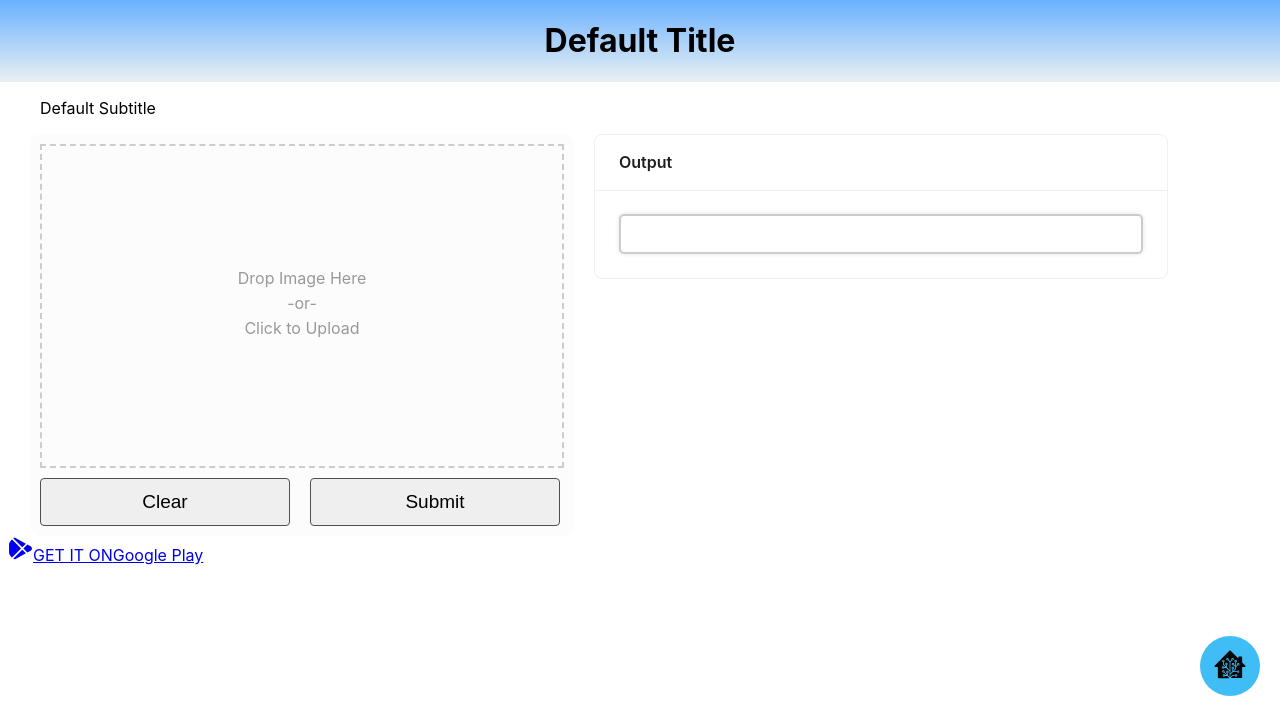
Repository: xshamrose/RAYi-AI
Page: /BreastCancerDetector-app (app in client/)
The author's editor kept a copy of each file at every save. The page is drawn from the files as they stood at one save, then again after the next save.
The browser window is 1280 px wide. The pictures show the whole page.
The project was rebuilt for these pictures with package versions that can differ from the ones it lists, and the page was loaded fresh each time. Also part of the build but not shown: client/src/pages/home.css, client/src/pages/Home.js, client/src/pages/Chatbox.js.

Above is the page before, as saved 2024-03-12 12:20:34.

### client/src/App.js
import React from 'react';
import { BrowserRouter as Router, Route, Routes} from 'react-router-dom';
import Home from './pages/Home';
import Candetect from './pages/Candetect';
import Chatbox from "./pages/Chatbox"

function App() {
 return (

      <Router>
        <Routes>
          <Route path="/" element={<Home />} />
          <Route path="/BreastCancerDetector-app" element={<Candetect />} />
          <Route path="/Pipe" element={<Candetect />} />
          <Route path="/facedetecter" element={<Candetect />} />
          <Route path="/chatbox" element={<Chatbox />} />
          </Routes>

      </Router>

 );
}

export default App;

### client/src/pages/Candetect.js
import React, { useState } from "react";
import "../pages/Candetect.css";
import { Card } from "antd";
import deleteicon from "../assets/delete-.svg";
import ai from "../assets/ai_img.svg";
import axios from "axios";
import Header from "./Header";
import { useNavigate, useLocation } from "react-router-dom";

function Candetect() {
 const [imageFile, setImageFile] = useState(null);
 const [errorMessage, setErrorMessage] = useState("");
 const [loading, setLoading] = useState(false);
 const [responseData, setResponseData] = useState("");
 const navigate = useNavigate();

 const location = useLocation();
 const { title, subtitle } = location.state || { title: 'Default Title', subtitle: 'Default Subtitle' };

 const handleFileInputChange = (event) => {
    const file = event.target.files[0];
    if (file) {
      setImageFile(file);
    }
 };

 const handleClearImage = () => {
    setImageFile(null);
    const fileInput = document.getElementById("file-input");
    if (fileInput) {
      fileInput.value = "";
    }
    setErrorMessage("");
    setResponseData("");
 };

 const handleDeleteImage = () => {
    setImageFile(null);
    const fileInput = document.getElementById("file-input");
    if (fileInput) {
      fileInput.value = "";
    }
    setResponseData("");
 };

 const handleSubmit = () => {
  if (!imageFile) {
     setErrorMessage("Please upload an Image");
     console.log("Please upload an Image");
  } else {
     setLoading(true);
     let apiUrl = "";
     let data = {};
     if (title === "Breast Cancer Detector") {
       apiUrl = "http://ct.rayi.in:5002/predicttest";
       // For Breast Cancer Detector, continue using FormData
       const formData = new FormData();
       formData.append("image", imageFile);
       data = formData;
     } else if (title === "Face Detector") {
       apiUrl = "http://ct.rayi.in:5000/recognize";
       // For Face Detector, convert image to base64
       const reader = new FileReader();
       reader.onloadend = () => {
         const base64String = reader.result.replace("data:", "").replace(/^.+,/, "");
         data = {
           image_base64: base64String,
         };


         axios
           .post(apiUrl, data, {
             headers: {
               "Content-Type": "application/json",
             },
           })
           .then((response) => {
             setLoading(false);
             if (response.data.detected_user === "No faces detected") {
              setResponseData("No faces detected");
            } else {

              setResponseData(
                {
                  image: URL.createObjectURL(imageFile),
                  detected_user:response.data.detected_user,
                  employee_id:response.data.emp_id,
                  role: "Software Developer"
                })

            }
           })
           .catch((error) => {
             setLoading(false);
             setErrorMessage("Failed to submit. Please try again.");
             console.error(error);
           });
       };
       reader.readAsDataURL(imageFile);
       return;
     } else if (title === "Pipe Counting") {
      apiUrl = "http://ct.rayi.in:5001/detect";
      const reader = new FileReader();
      reader.onloadend = () => {
        const base64String = reader.result.replace("data:", "").replace(/^.+,/, "");
        data = {
          base64_image: base64String,
        };

        axios
          .post(apiUrl, data, {
            headers: {
              "Content-Type": "application/json",
            },
          })
          .then((response) => {
            setLoading(false);

            const base64Image = response.data.base64_image_result; // Adjust this key based on your actual response structure
 const totalCount = response.data.total_count; // Adjust this key based on your actual response structure
console.log(base64Image);
console.log(totalCount)
 // Set the response data in a new format
 setResponseData({
    base64Image: base64Image,
    totalCount: totalCount,
 });
          })
          .catch((error) => {
            setLoading(false);
            setErrorMessage("Failed to submit. Please try again.");
            console.error(error);
          });
      };
      reader.readAsDataURL(imageFile);
      return; // Prevent the rest of the function from executing
    }


     axios
       .post(apiUrl, data, {
         headers: {
           "Content-Type": "multipart/form-data",
         },
       })
       .then((response) => {
         setLoading(false);
         setResponseData(response.data);
       })
       .catch((error) => {
         setLoading(false);
         setErrorMessage("Failed to submit. Please try again.");
         console.error(error);
       });
  }
 };

 const handleAipage = () => {
    navigate("/chatbox");
 };

 return (
    <>
      <div>
        <Header title={title} subtitle={subtitle} />

        <div className="overallContainer">
          <div className="dragandbutton">
            <div className="image-upload-box">
              <input
                type="file"
                accept="image/*"
                id="file-input"
                className="file-input"
                onChange={handleFileInputChange}
              />
              {imageFile ? null : (
                <div>
                 <label htmlFor="file-input" className="upload-label">
                    <span>Drop Image Here</span> <span>-or-</span>{" "}
                    <span>Click to Upload</span>{" "}
                 </label>{" "}
                 {errorMessage && (
                    <div className="error-message">{errorMessage}</div>
                 )}{" "}
                </div>
              )}

              {imageFile && (
                <div className="image-preview">
                 <img
                    src={URL.createObjectURL(imageFile)}
                    alt="Uploaded"
                    className="full-size-image"
                 ></img>

                 <div className="image-actions">
                    <img
                      src={deleteicon}
                      alt="Delete"
                      className="icon"
                      onClick={handleDeleteImage}
                    />
                 </div>
                </div>
              )}
            </div>

            <div className="button-container">
              <button className="sbutton" onClick={handleClearImage}>
                Clear
              </button>
              <button className="sbutton" onClick={handleSubmit}>
                Submit
              </button>
            </div>
          </div>
          <div>
            <Card title="Output" hoverable>
              <div className="text-area">
              {loading ? (
 <div className="loader-all">
    <div className="loader"></div>
    <p>loading...</p>
 </div>
) : (
 <div>
    {typeof responseData === 'string' ? (
      <pre>{responseData}</pre>
    ) : (
      // Check if the responseData has the keys we expect for the "Pipe Counting" case
      responseData.base64Image && responseData.totalCount ? (
        <>
          <div className="pipe-counting-result">
            <img src={`data:[embedded picture, 51 characters] alt="Processed" className="uploadimage"/>
            <p>Total Count: {responseData.totalCount}</p>
          </div>
        </>
      ) : (
        // Fallback to the previous display logic if the keys are not present
        <>
          <div className="idcard">
            <div className="idcard-border-top"></div>
            <div className="img">
              <img src={responseData.image} alt="Uploaded" className="uploadimage"/>
            </div>
            <span>Username: {(responseData.detected_user)}</span>
            <p className="job"> Role: {responseData.role}</p>
            <p className="job">Employee_Id: {responseData.employee_id}</p>
          </div>
        </>
      )
    )}
 </div>
)}
              </div>
            </Card>
          </div>
        </div>
        <a class="playstore-button" href="#">
  <svg xmlns="http://www.w3.org/2000/svg" fill="currentColor" class="icon" viewBox="0 0 512 512">
    <path d="M99.617 8.057a50.191 50.191 0 00-38.815-6.713l230.932 230.933 74.846-74.846L99.617 8.057zM32.139 20.116c-6.441 8.563-10.148 19.077-10.148 30.199v411.358c0 11.123 3.708 21.636 10.148 30.199l235.877-235.877L32.139 20.116zM464.261 212.087l-67.266-37.637-81.544 81.544 81.548 81.548 67.273-37.64c16.117-9.03 25.738-25.442 25.738-43.908s-9.621-34.877-25.749-43.907zM291.733 279.711L60.815 510.629c3.786.891 7.639 1.371 11.492 1.371a50.275 50.275 0 0027.31-8.07l266.965-149.372-74.849-74.847z"></path>
  </svg>
  <span class="texts">
    <span class="text-1">GET IT ON</span>
    <span class="text-2">Google Play</span>
  </span>
</a>
        <div className="ask-me-icon">
          <div className="tooltip-container">
            <span className="tooltip">Ask AI</span>
            <span className="text" onClick={handleAipage}><img alt="Ai" src={ai} style={{height:"60px"}} /></span>
          </div>
        </div>
      </div>
    </>
 );
}

export default Candetect;

### client/src/pages/Candetect.css
/* Candetect.css */

.image-upload-box {
    position: relative;
    display: flex;
    flex-direction: column;
    align-items: center;
    justify-content: center;
    border: 2px dashed #ccc;
    padding: 10px;
    cursor: pointer;
    width: 500px; /* Adjust the width of the box as needed */
    height: 300px; /* Adjust the height of the box as needed */
  }

  .file-input {
    display: none;
  }

  .upload-label {
    display: flex;
    flex-direction: column;
    justify-content: center;
    align-items: center;
    color: #999;
    cursor: pointer;
  }

  .upload-label span {
    margin-bottom: 5px;
  }

  .image-preview {
    position: relative;
    width: 100%;
    height: 100%;
    overflow: hidden;
    object-fit: cover;
    display: flex;
    flex-direction: row;
    flex-wrap: nowrap;
    align-content: center;
    justify-content: center;
  }

.full-size-image{
  height: auto;
  width: 450px;
}

  .image-actions {
    padding: 5px;
  }


  .sbutton {
    display: inline-block;
    padding: 12px 24px;
    border: 1px solid #4f4f4f;
    border-radius: 4px;
    transition: all 0.2s ease-in;
    position: relative;
    overflow: hidden;
    font-size: 19px;
    cursor: pointer;
    color: black;
    z-index: 1;
    width: 250px;
  }

  .sbutton:before {
    content: "";
    position: absolute;
    left: 50%;
    transform: translateX(-50%) scaleY(1) scaleX(1.25);
    top: 100%;
    width: 140%;
    height: 180%;
    background-color: rgba(0, 0, 0, 0.05);
    border-radius: 50%;
    display: block;
    transition: all 0.5s 0.1s cubic-bezier(0.55, 0, 0.1, 1);
    z-index: -1;
  }

  .sbutton:after {
    content: "";
    position: absolute;
    left: 55%;
    transform: translateX(-50%) scaleY(1) scaleX(1.45);
    top: 180%;
    width: 160%;
    height: 190%;
    background-color: #000000;
    border-radius: 50%;
    display: block;
    transition: all 0.5s 0.1s cubic-bezier(0.55, 0, 0.1, 1);
    z-index: -1;
  }

  .sbutton:hover {
    color: #ffffff;
    border: 1px solid #101111;
  }

  .sbutton:hover:before {
    top: -35%;
    background-color: #101111;
    transform: translateX(-50%) scaleY(1.3) scaleX(0.8);
  }

  .sbutton:hover:after {
    top: -45%;
    background-color: #151616;
    transform: translateX(-50%) scaleY(1.3) scaleX(0.8);
  }
  .button-container{
    gap: 20px;
    display: flex;
    align-items: center;
  }

  .dragandbutton{
    display: flex;
    flex-direction: column;
    gap: 10px;
    background-color: #c1b9b90d;
    border-radius: 10px;
    padding: 10px;
  }

  .text-area {
    display: flex;
    align-items: center;
    justify-content: center;
    width: 500px;
    height: auto;
    padding: 10px;
    border: 2px solid #ccc;
    border-radius: 5px;
    font-size: 16px;
    outline: none;
    box-shadow: 0 0 5px rgba(0, 0, 0, 0.1);
  }

  .text-area:focus {
    border-color: #007bff;
  }
  .overallContainer{
    display: flex;
    flex-direction: row;
    gap: 20px;
    flex-wrap: wrap;
    margin-left: 30px;
  }
  .error-message{
    color: red;
    font-size: medium;
  }
  .icon {
    width: 25px;
    height: 25px;
    margin-left: 8px;
    border-radius: 50%;

  }
  .icon:hover{
    transform: scale(1.1);
    color: #000000;
  }

  .compass{
    height: 30px;
    width: 30px;
  }
  .loader {
    border: 4px solid rgba(0, 0, 0, 0.776);
    border-left-color: transparent;
    border-radius: 50%;
  }

  .loader {
    border: 4px solid rgba(0, 0, 0, 0.655);
    border-left-color: transparent;
    width: 25px;
    height: 25px;
  }

  .loader {
    border: 4px solid rgba(0, 0, 0, 0.705);
    border-left-color: transparent;
    width: 25px;
    height: 25px;
    animation: spin89345 1s linear infinite;
  }

  @keyframes spin89345 {
    0% {
      transform: rotate(0deg);
    }

    100% {
      transform: rotate(360deg);
    }
  }
  .loader-all{
    display: flex;
    flex-direction: row;
    gap: 10px;
    justify-content: flex-start;
    align-items: center;
  }
  .ask-me-icon {
    position: fixed;
    bottom: 20px;
    right: 20px;
    cursor: pointer;
    z-index: 1000; }
    .tooltip-container {
      --background: linear-gradient(45deg, #22d3ee, #1f9df5); /* Default background */
      position: relative;
      background: var(--background);
      cursor: pointer;
      transition: all 0.2s;
      font-size: 12px;
      padding: 0.7em 1.8em;
      border-radius: 8px;
      box-shadow: 0 4px 6px rgba(0, 0, 0, 0.1);
      color: #fff;
      display: contents;
     }

    .tooltip {
      position: absolute;
      top: 100%;
      left: 50%;
      transform: translateX(-50%) scale(0.8);
      transform-origin: bottom;
      padding: 0.3em 0.6em;
      opacity: 0;
      pointer-events: none;
      transition: all 0.3s;
      background: var(--background);
      border-radius: 4px;
      box-shadow: 0 2px 4px rgba(0, 0, 0, 0.1);
      white-space: nowrap; /* Prevent text from wrapping to a new line */
      width: auto;
    }

    .tooltip::before {
      position: absolute;
      content: "";
      height: 0.6em;
      width: 0.6em;
      bottom: -0.2em;
      left: 50%;
      transform: translate(-50%) rotate(45deg);
      background: var(--background);
    }

    .tooltip-container:hover .tooltip {
      top: -45px;
      opacity: 1;
      visibility: visible;
      pointer-events: auto;
      transform: translateX(-50%) scale(1);
      font-size: medium;
      width: auto;
    }
    .tooltip-container:hover {
      transform: scale(0.9);
    }
    .uploadimage{
      display: flex;
      height: 70px;
      width: 70px;

    }
    .idcard {
      width: 200px;
      height: 300px;
      background: #61c1f0;
      background-image: linear-gradient(#69b1ff,rgba(255, 255, 255, 0.645));
      border-radius: 15px;
      box-shadow: 1px 5px 60px 0px #100a886b;
     }

     .idcard .idcard-border-top {
      width: 60%;
      height: 3%;
      background: #016089;
      margin: auto;
      border-radius: 0px 0px 15px 15px;
     }

     .idcard span {
      font-weight: 600;
      color: rgb(0, 0, 0);
      text-align: center;
      display: block;
      padding-top: 10px;
      font-size: 16px;
     }

     .idcard .job {
      font-weight: 400;
      color: rgb(0, 0, 0);
      display: block;
      text-align: center;
      padding-top: 3px;
      font-size: 12px;
     }

     .idcard .img {
      width: 70px;
      height: 80px;
      border-radius: 15px;
      margin: auto;
      margin-top: 25px;
     }
     .idcard:hover {
      box-shadow: 0 8px 50px #23232333;
     }

### client/src/pages/Header.js
// Header.js
import React from "react";

const Header = ({ title, subtitle }) => {
 return (
    <>
      <div
        style={{
          display: "flex",
          flexDirection: "column",
          justifyContent: "center",
          alignContent: "center",
          flexWrap: "nowrap",
          alignItems: "center",
          backgroundImage: "linear-gradient(#69b1ff, #e9f0f2)",
          width: "100%",
        }}
      >
        <h1>{title}</h1>
      </div>
      <div>
        <p style={{ marginLeft: "40px" }}>
          {subtitle}
        </p>
      </div>
    </>
 );
};

export default Header;

### client/src/pages/Chatbox.css
.overall{
    display: flex;
    justify-content: center;
}

.chat-container {
    width: 98%;
    height: 90vh;
    border: 1px solid #ccc;
    border-radius: 10px;
    padding: 20px;
    box-shadow: 0 4px 6px rgba(0, 0, 0, 0.1);
    overflow: auto;
    display: flex;
    flex-direction: column;
    justify-content: space-between;
   }

   .dark-mode {
    background-color: #494848;
    color: #fff;
   }
   .message {
    margin-bottom: 10px;
    padding: 10px;
    border-radius: 10px;
    max-width: 70%;
    word-wrap: break-word;
   }

   .message.user {
    background-color: #888484cb;
    align-self: flex-end;
    color: #000;
   }
   .loading {
    color: #888;
    display: flex;
    justify-content: flex-start;
    margin-top: 10px;
    margin-bottom: 10px;
   }

   .message.assistant {
    background-color: #545556;
    color: #fff;
    align-self: flex-start;
   }



   .input-container {
    display: flex;
    justify-content: center;
    align-items: center;
    margin-top: 20px;
   }

   input {
    flex-grow: 1;
    margin-right: 10px;
    padding: 5px;
    border: 1px solid #ccc;
    border-radius: 5px;
    height: 30px;
   }
   .input:focus, .input:focus-visible {
    border-color: #720098;

  }
   button {
    padding: 5px 10px;
    border: none;
    border-radius: 5px;
    cursor: pointer;
   }

   button:hover {
    background-color: #ccc;
   }
   .dark-mode-button {
    background-color: #333;
    color: #fff;
    border: none;
    border-radius: 5px;
    padding: 5px 10px;
    cursor: pointer;
   }

   .dark-mode-button:hover {
    background-color: #444;
   }
 /* The switch - the box around the slider */
.switch-container {
    position: relative;
    display: inline-block;
    width: 3.5em;
    height: 2em;
  }


  .switch-container input {
    opacity: 0;
    width: 0;
    height: 0;
  }


  .switch-container .slider {
    --background: linear-gradient(to right, #090613ef, #18151f);
    position: absolute;
    cursor: pointer;
    top: 0;
    left: 0;
    right: 0;
    bottom: 0;
    background: var(--background);
    transition: background-color 0.5s;
    border-radius: 30px;
  }

  .switch-container .slider:before {
    position: absolute;
    content: "";
    height: 1.4em;
    width: 1.4em;
    border-radius: 50%;
    left: 10%;
    bottom: 15%;
    box-shadow: inset 15px -4px 0px 15px #f8ea27;
    background: var(--background);
    transition: transform 0.5s, box-shadow 0.5s;
  }

  .switch-container input:checked + .slider {
    background-color: #000;
  }

  .switch-container input:checked + .slider:before {
    transform: translateX(100%);
    box-shadow: inset 8px -4px 0px 0px #f8f8f4;
  }
.header{
    display: flex;
    flex-wrap: wrap;
    flex-direction: row;
    align-content: center;
    align-items: center;
    justify-content: space-between;
}
/* Existing styles remain unchanged */

/* Styles for the input wrapper and send button */
.input-wrapper {
    position: relative;
    display: flex;
    align-items: center;
    width: 90%;
   }

   .input-wrapper input {
    flex-grow: 1;
    padding: 10px;

    border-radius: 5px;
   }

   .send-button {
    position: absolute;
    right: 10px;
    top: 0;
    bottom: 0;
    padding: 10px;
    border: none;
    border-radius: 0 5px 5px 0;
    background-color: transparent;
    cursor: pointer;
    background-color: #000000d7
   }

   .send-button:hover {
    background-color: #f5f2f2d7;
    color: white;
   }


   @keyframes slideIn {
    from {
       transform: translateX(100%);
       opacity: 0;
    }
    to {
       transform: translateX(0);
       opacity: 1;
    }
   }

   .message {
    animation: slideIn 0.5s ease-out;
   }
   .assistant-word {
    opacity: 0;
    animation: fadeIn 0.5s ease-out forwards;
   }

   @keyframes fadeIn {
    from {
       opacity: 0;
    }
    to {
       opacity: 1;
    }
   }
   @keyframes typing {
    from { width: 0; }
    to { width: 100%; }
   }

   .typing-animation {
    animation: typing 2s steps(40, end);
    white-space: nowrap;
    overflow: hidden;
    border-right: .15em solid orange; /* The typewriter cursor */
    margin: 0 auto; /* Centering the container */
    width: 12em; /* Width of the container */
   }

Loaded but not shown: client/public/index.html (common file); client/src/index.js (common file); client/src/index.css (common file); client/src/reportWebVitals.js (common file)

After the next save:
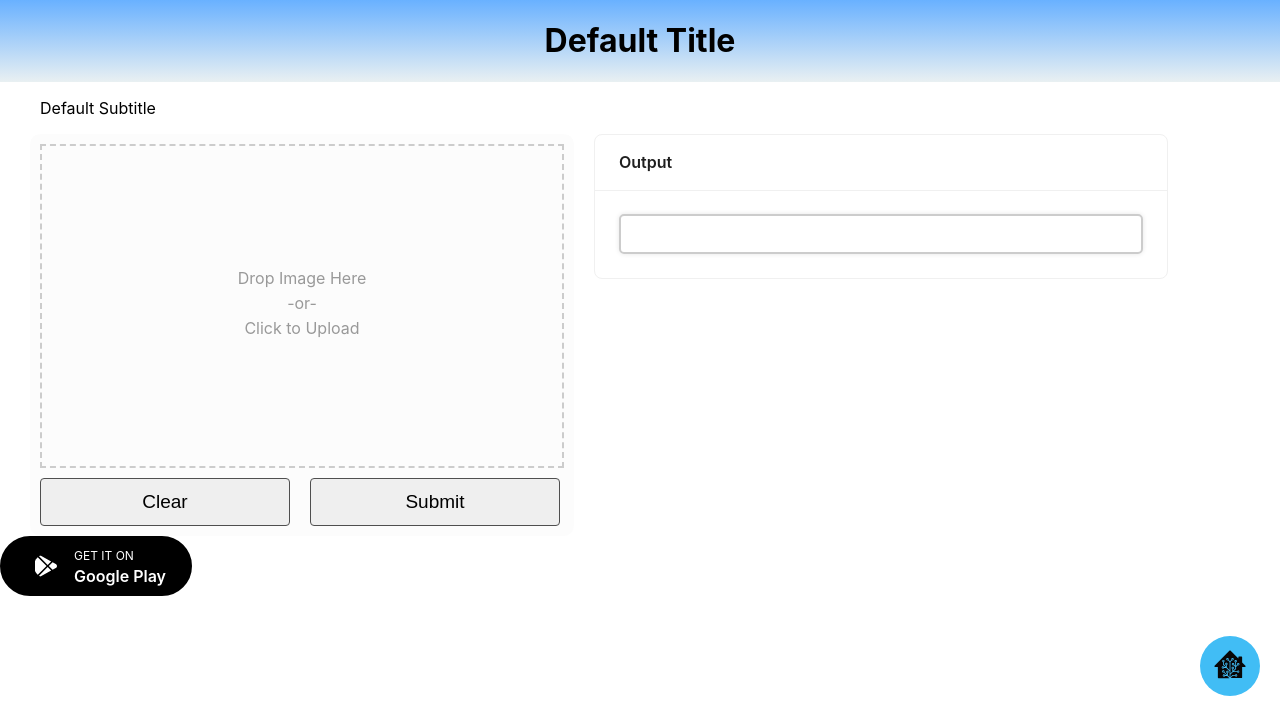
Saved 28 s later.
--- a/client/src/pages/Candetect.css
+++ b/client/src/pages/Candetect.css
@@ -321,3 +321,45 @@
      .idcard:hover {
       box-shadow: 0 8px 50px #23232333;
      }
+     .playstore-button {
+      display: inline-flex;
+      align-items: center;
+      justify-content: center;
+      border: 2px solid #000;
+      border-radius: 9999px;
+      background-color: rgba(0, 0, 0, 1);
+      padding: 0.625rem 1.5rem;
+      text-align: center;
+      color: rgba(255, 255, 255, 1);
+      outline: 0;
+      transition: all  .2s ease;
+      text-decoration: none;
+    }
+
+    .playstore-button:hover {
+      background-color: transparent;
+      color: rgba(0, 0, 0, 1);
+    }
+
+    .icon {
+      height: 1.5rem;
+      width: 1.5rem;
+    }
+
+    .texts {
+      margin-left: 1rem;
+      display: flex;
+      flex-direction: column;
+      align-items: flex-start;
+      line-height: 1;
+    }
+
+    .text-1 {
+      margin-bottom: 0.25rem;
+      font-size: 0.75rem;
+      line-height: 1rem;
+    }
+
+    .text-2 {
+      font-weight: 600;
+    }
